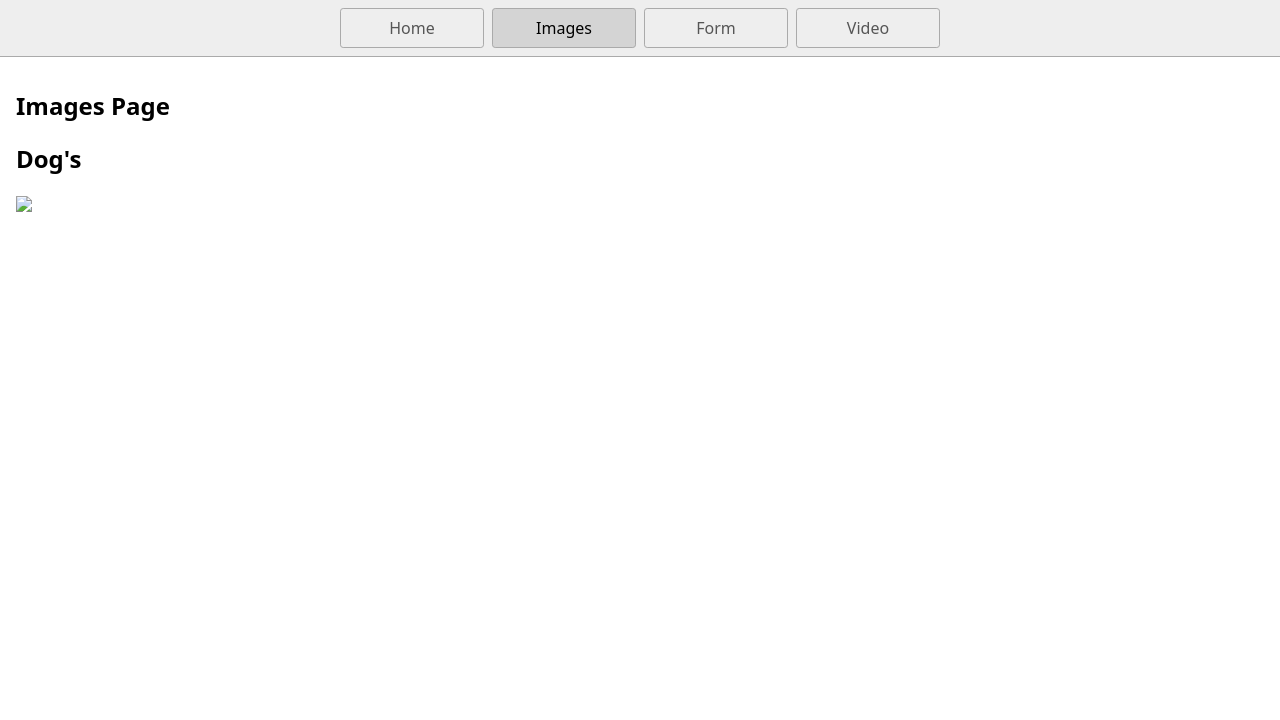
Repository: sebas6292/palmTree-Final
Page: Images.html
These files come from the project's save history. The page is drawn as it stood at one moment and after the next save; the edit follows.
The browser window is 1280 px wide. The pictures show the whole page.

Above is the page before, as saved 2023-05-26 19:17:42.
Not found: Assets/small_dog.jpg
Not found: script.js

After the next save:
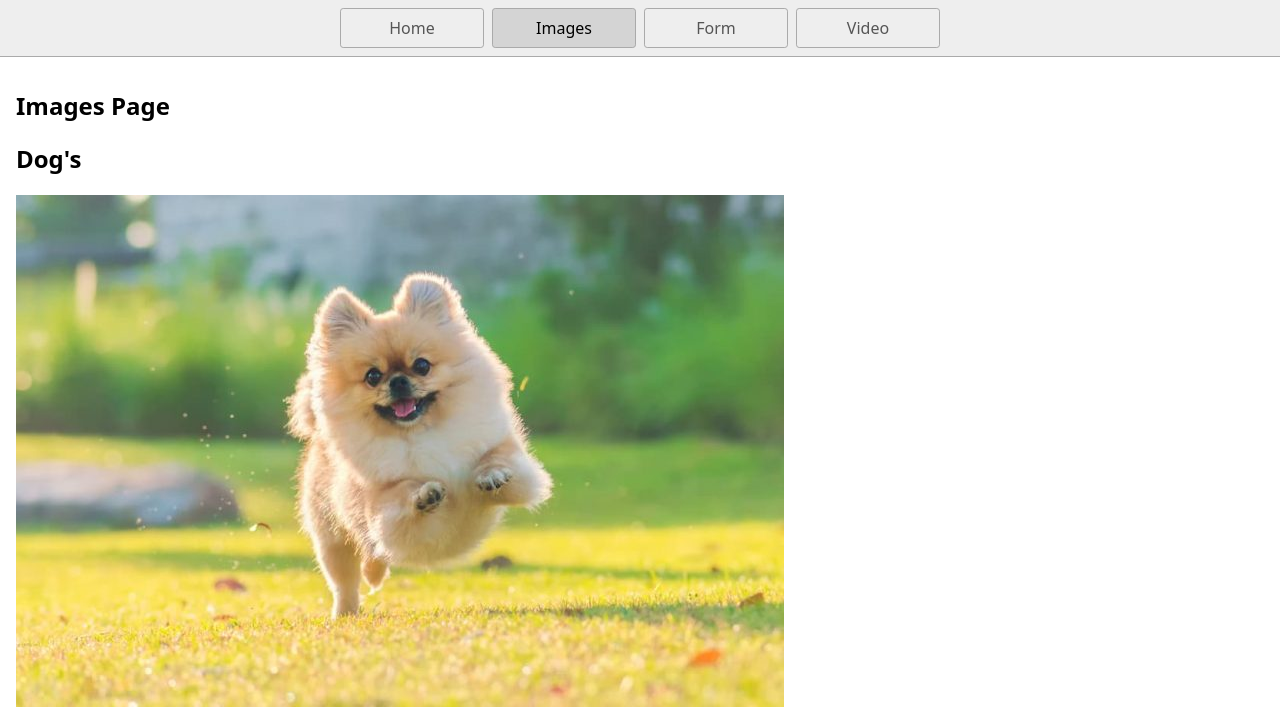
Saved 57 s later.
--- a/Images.html
+++ b/Images.html
@@ -23,7 +23,7 @@
           <a
             href="https://www.google.com/search?q=dogs&tbm=isch&chips=q:dogs,g_1:small:r1TFEtqsli4%3D&hl=en&sa=X&ved=2ahUKEwiJss3arpT_AhWmCEQIHRbZAYwQ4lYoBHoECAEQNw&biw=1425&bih=709#imgrc=nmekZO4gLL_5nM"
           >
-            <img src="../Assets/small_dog.jpg" />
+            <img src="./Assets/shutterstock_1568771329-768x512.jpg" />
           </a>
         </div>
       </section>
